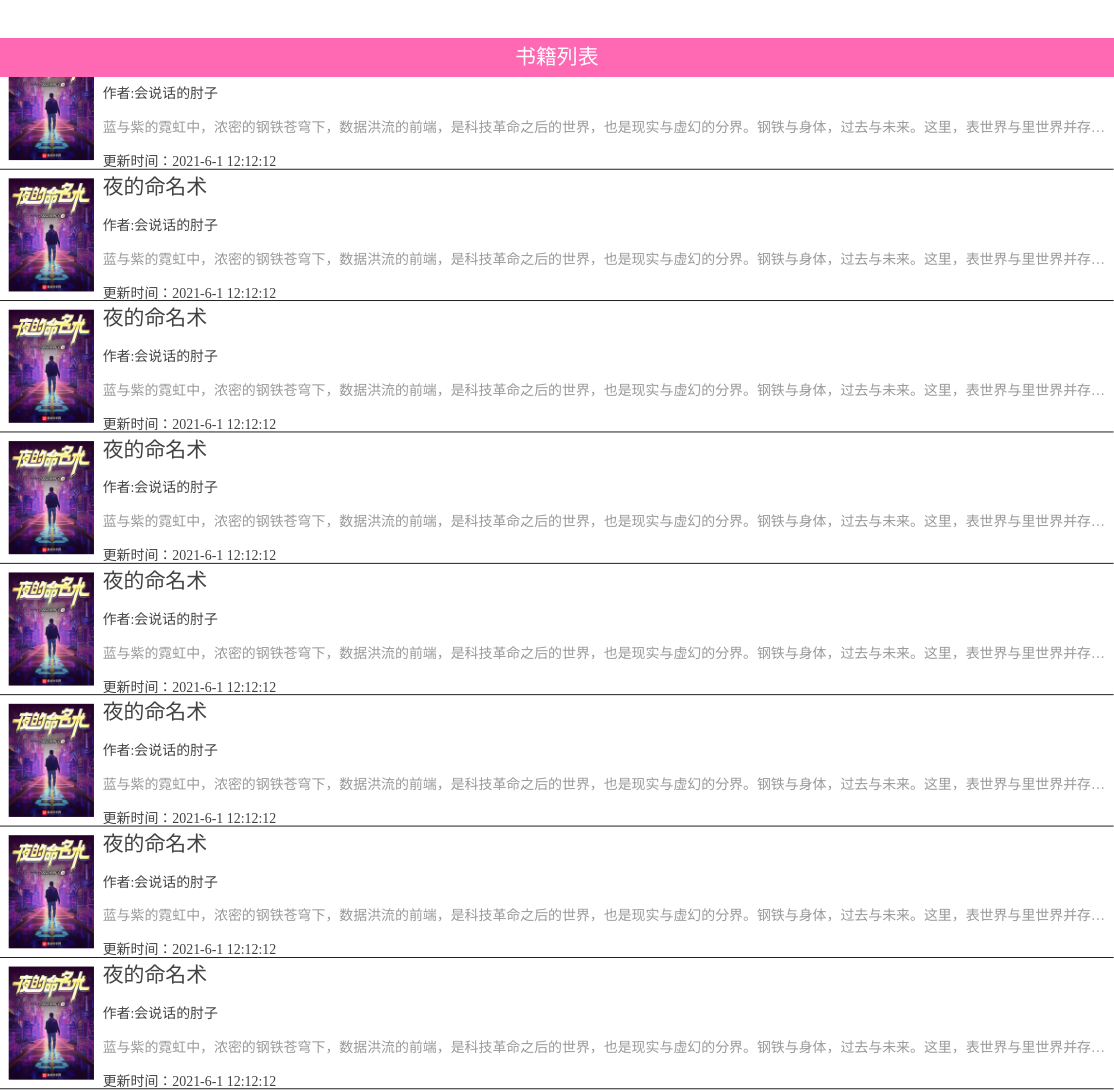
Repository: razzh7/javascript-demo
Page: 自动阅读插件/index.html
These files come from the project's save history. The page is drawn as it stood at one moment and after the next save; the edit follows.
The browser window is 1280 px wide. The pictures show the whole page, at 87% of full size.

Above is the page before, as saved 2021-06-29 13:48:32.

After the next save:
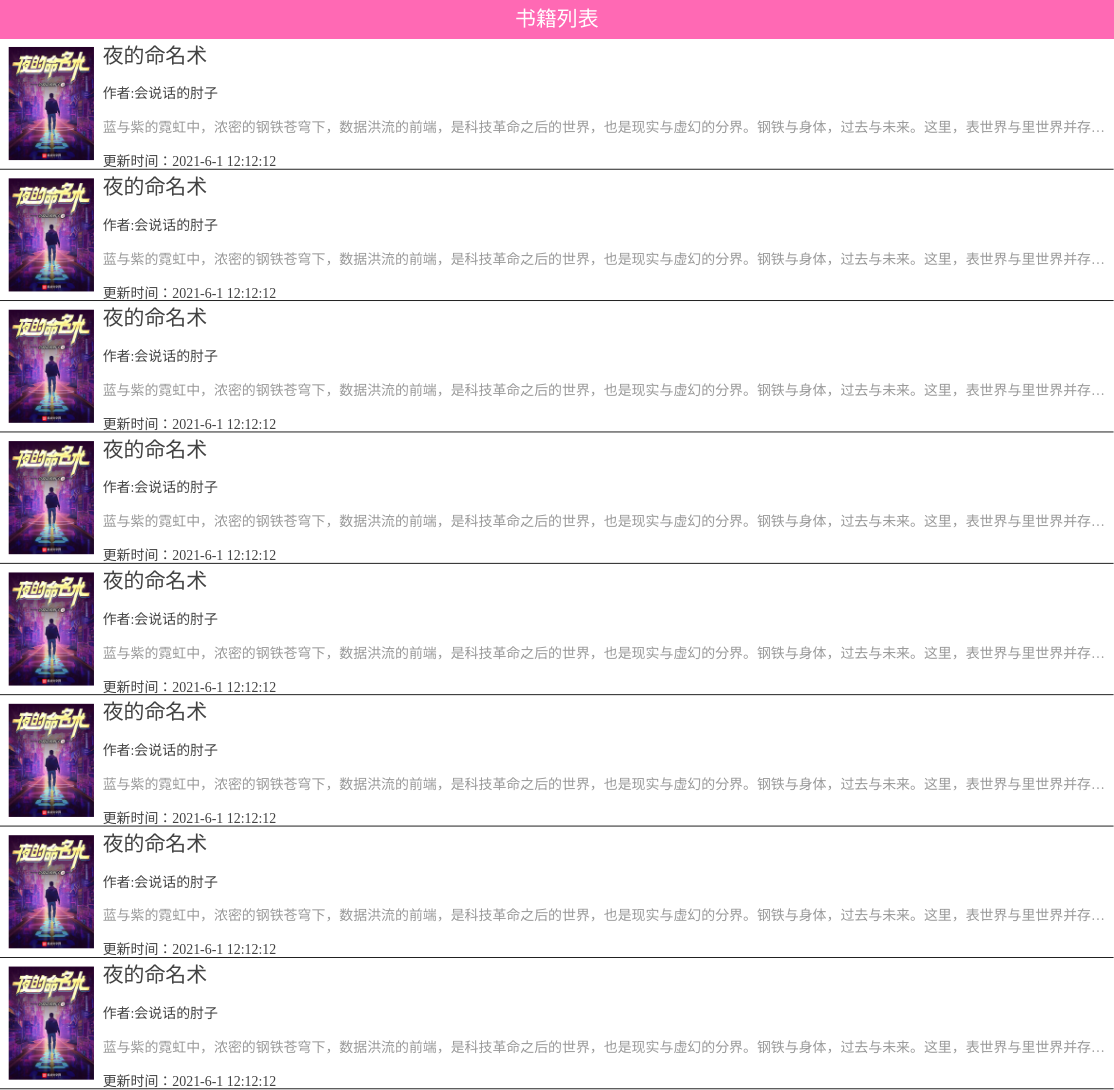
Saved 18 s later.
--- a/自动阅读插件/css/index.css
+++ b/自动阅读插件/css/index.css
@@ -11,6 +11,8 @@
 white-space: nowrap */
 .list-hd {
   position: fixed;
+  top: 0;
+  left: 0;
   width: 100%;
   height: 44px;
   line-height: 44px;

After the save that followed:
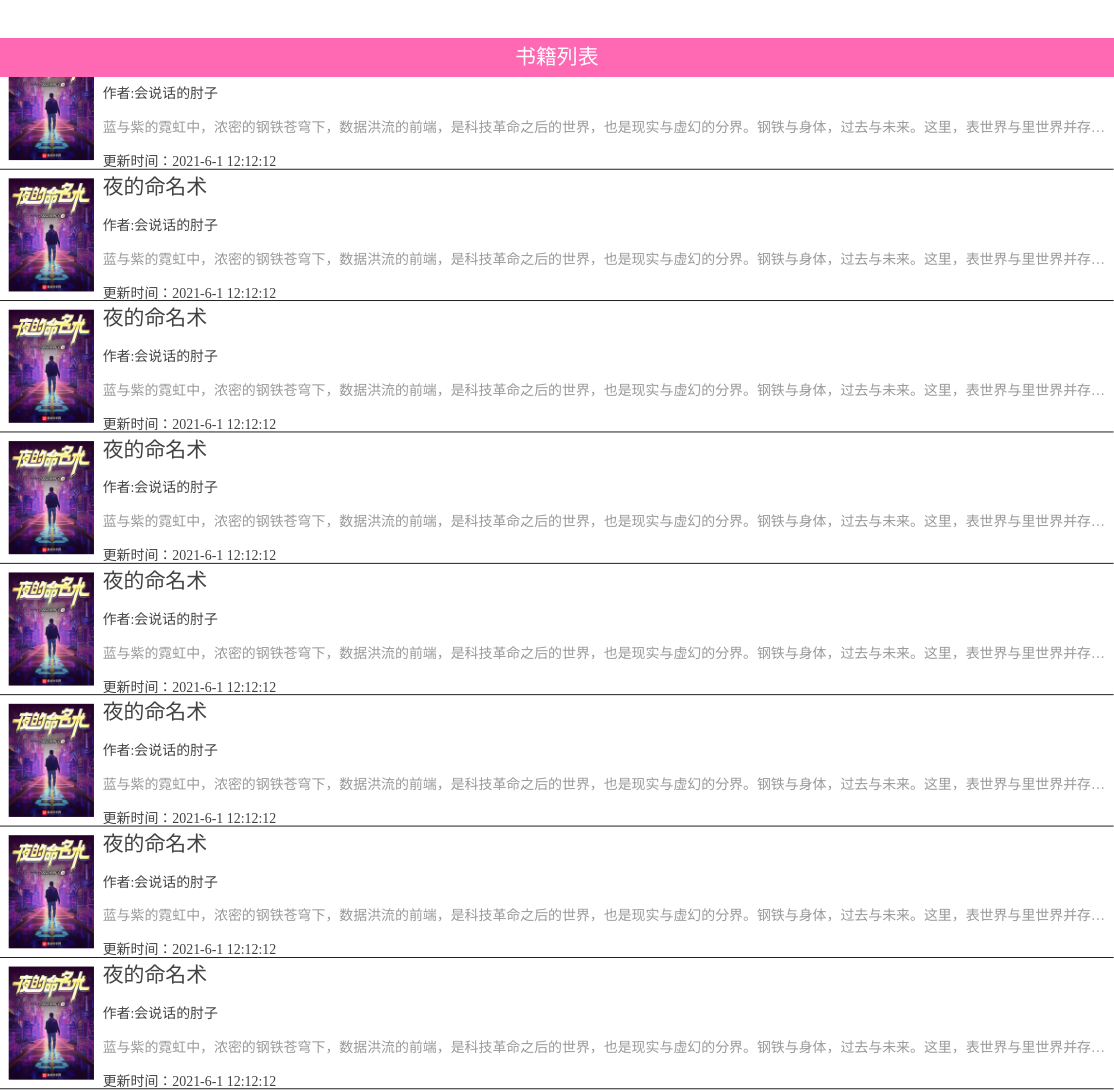
Saved 2 min 21 s later.
--- a/自动阅读插件/css/index.css
+++ b/自动阅读插件/css/index.css
@@ -11,8 +11,8 @@
 white-space: nowrap */
 .list-hd {
   position: fixed;
-  top: 0;
-  left: 0;
+  /* top: 0;
+  left: 0; */
   width: 100%;
   height: 44px;
   line-height: 44px;
